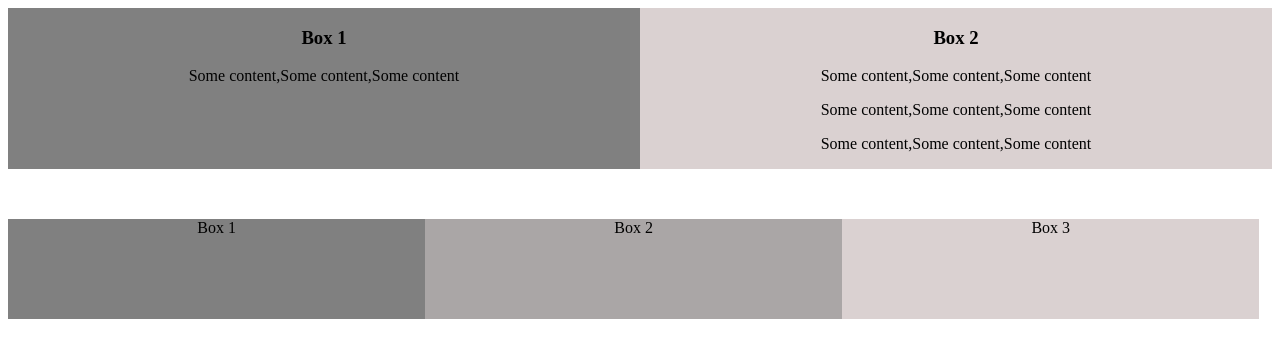
Repository: LongNguyen2504/T3H-FrondEnd
Page: Lesson4_CSS_Lecture.html
These files come from the project's save history. The page is drawn as it stood at one moment and after the next save; the edit follows.
The browser window is 1280 px wide. The pictures show the whole page.

Above is the page before, as saved 2021-12-04 19:33:41.

### Lesson4_CSS_Lecture.html
<!DOCTYPE html>
<html lang="en">
<head>
    <meta charset="UTF-8">
    <meta http-equiv="X-UA-Compatible" content="IE=edge">
    <meta name="viewport" content="width=device-width, initial-scale=1.0">
    <title>Document</title>
    <style>
        /* .ancestor-div{
            width: 100%;
            height: 100%;
            float:left;
            background-color: blueviolet;

        }
        .test{
            float: left;
            width: 30%;
            height: 180px;
            display: inline-block;
            text-align: center;
            padding: 30px;
        } */
        .ancestor{
            width: 100%;
            /* overflow: auto; */
            display: flex; /*<!--thay thế cho float left trong div box con-->*/

        }
        .box1{
            /* float: left; */

            width: 50%;
            /* height: 200px; */
            text-align: center;

            /* overflow: auto; */

        }
        .box2{
            margin-top: 50px;
            float: left;
            width: 33%;
            height: 100px;
            text-align: center;


        }
        /* h3{
            height: 10px;
        }
        p{

            height: 10px;
        } */
    </style>
</head>
<body>
    <!-- <div class="ancestor-div">
        <div class="test" style="background-color: bisque;">Test1</div>
        <div class="test" style="background-color: aqua;">Test2</div>
        <div class="test" style="background-color: brown;">Test3</div>
    </div> -->
    <div class="ancestor">
        <div class="box1" style="background-color: gray;">
            <h3>Box 1</h3>
            <p>Some content,Some content,Some content</p>
        </div>
        <div class="box1" style="background-color: rgb(218, 209, 209);">
            <h3>Box 2</h3>
            <p>Some content,Some content,Some content</p>
            <p>Some content,Some content,Some content</p>
            <p>Some content,Some content,Some content</p>
        </div>
    </div>
    <div class="ancestor">
        <div class="box2" style="background-color: gray;">Box 1</div>
        <div class="box2" style="background-color: rgb(170, 166, 166);">Box 2</div>
        <div class="box2" style="background-color: rgb(218, 209, 209);">Box 3</div>
    </div>

</body>
</html>

After the next save:
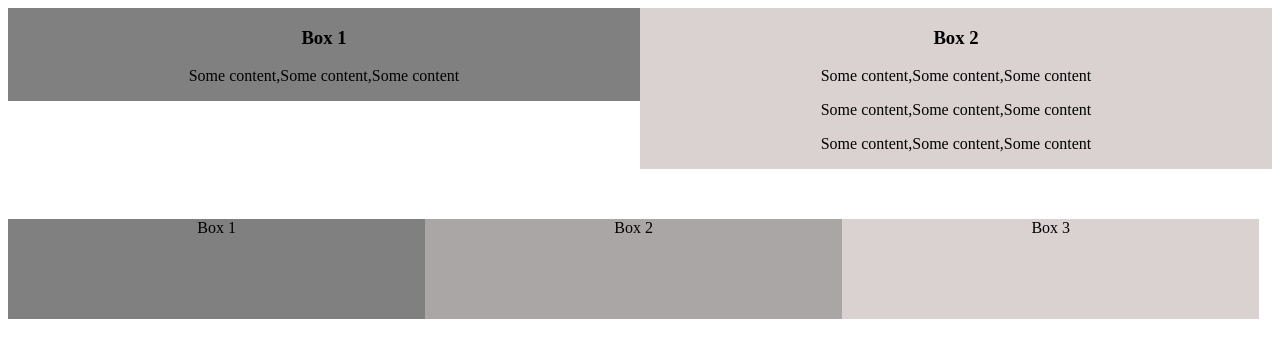
Saved 14 s later.
--- a/Lesson4_CSS_Lecture.html
+++ b/Lesson4_CSS_Lecture.html
@@ -24,11 +24,11 @@
         .ancestor{
             width: 100%;
             /* overflow: auto; */
-            display: flex; /*<!--thay thế cho float left trong div box con-->*/
+             /*<!--thay thế cho float left trong div box con-->*/
 
         }
         .box1{
-            /* float: left; */
+            float: left;
 
             width: 50%;
             /* height: 200px; */

After the save that followed:
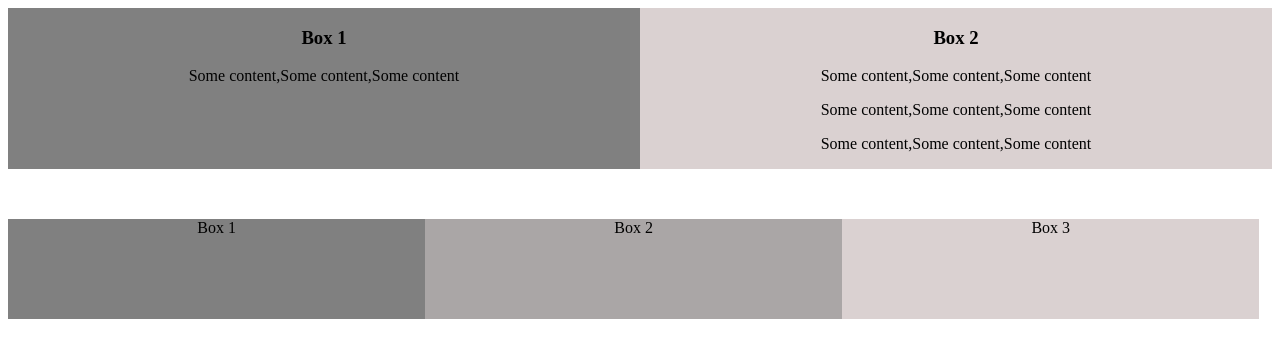
Saved 8 s later.
--- a/Lesson4_CSS_Lecture.html
+++ b/Lesson4_CSS_Lecture.html
@@ -24,7 +24,7 @@
         .ancestor{
             width: 100%;
             /* overflow: auto; */
-             /*<!--thay thế cho float left trong div box con-->*/
+            display: flex; /*<!--thay thế cho float left trong div box con-->*/
 
         }
         .box1{
